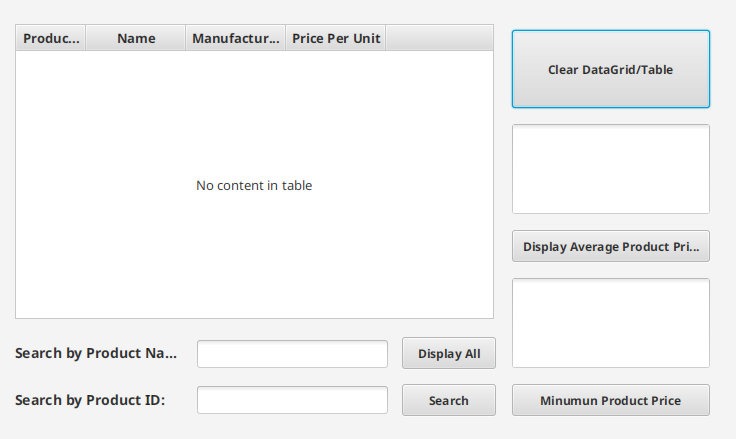
Repository: Kevinrivas96/Java-FinalExam-W24
Program's window: java kevinrivas_COMP1011_003/src/kevinrivas_ex01/displayResults.java
The author's editor kept a copy of each file at every save. The program's window is drawn from the files as they stood at one save, then again after the next save.
It runs on Java 21 on a 1366 x 768 screen with JavaFX 11; the title bar is not drawn.

Above is the program's window before, as saved 2024-04-16 23:32:30.

After the next save:
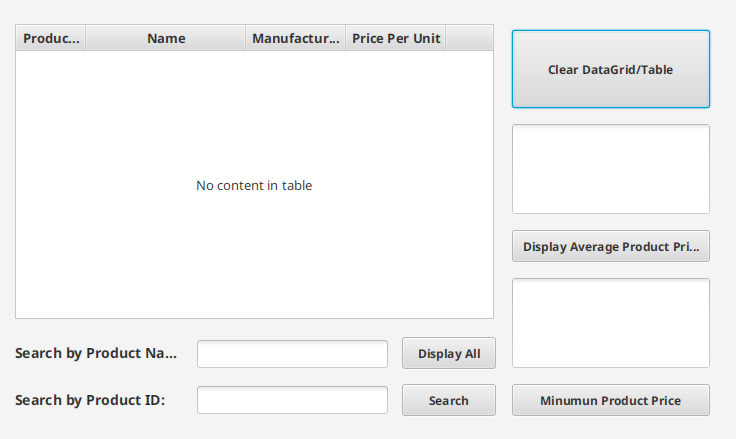
Saved 20 s later.
--- a/kevinrivas_COMP1011_003/src/kevinrivas_ex01/ProductController.java
+++ b/kevinrivas_COMP1011_003/src/kevinrivas_ex01/ProductController.java
@@ -68,7 +68,7 @@
 
             TableColumn<Product, String> nameCol = new TableColumn<>("Name");
             nameCol.setCellValueFactory(new PropertyValueFactory<>("name"));
-            nameCol.setPrefWidth(100); // Set the width to 200 pixels
+            nameCol.setPrefWidth(160); // Set the width to 200 pixels
 
             TableColumn<Product, String> manufacturerNameCol = new TableColumn<>("Manufacturer Name");
             manufacturerNameCol.setCellValueFactory(new PropertyValueFactory<>("manufacturerName"));
